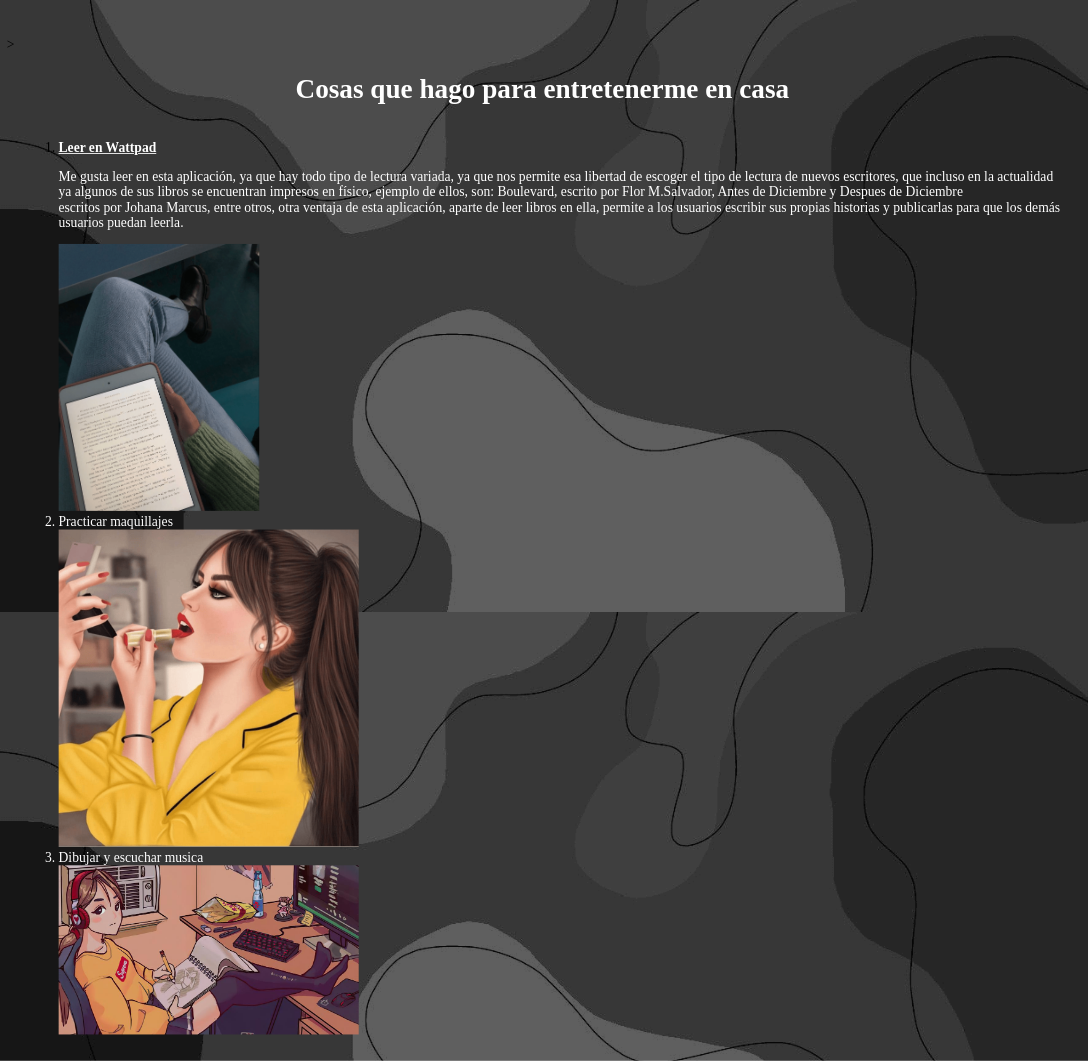
Repository: darlyn-saravia27/portafolio-darlynsaravia
Page: archivoshtml/entretenimiento.html
These files come from the project's save history. The page is drawn as it stood at one moment and after the next save; the edit follows.
The browser window is 1280 px wide. The pictures show the whole page, at 85% of full size.

Above is the page before, as saved 2023-03-05 04:01:59.

After the next save:
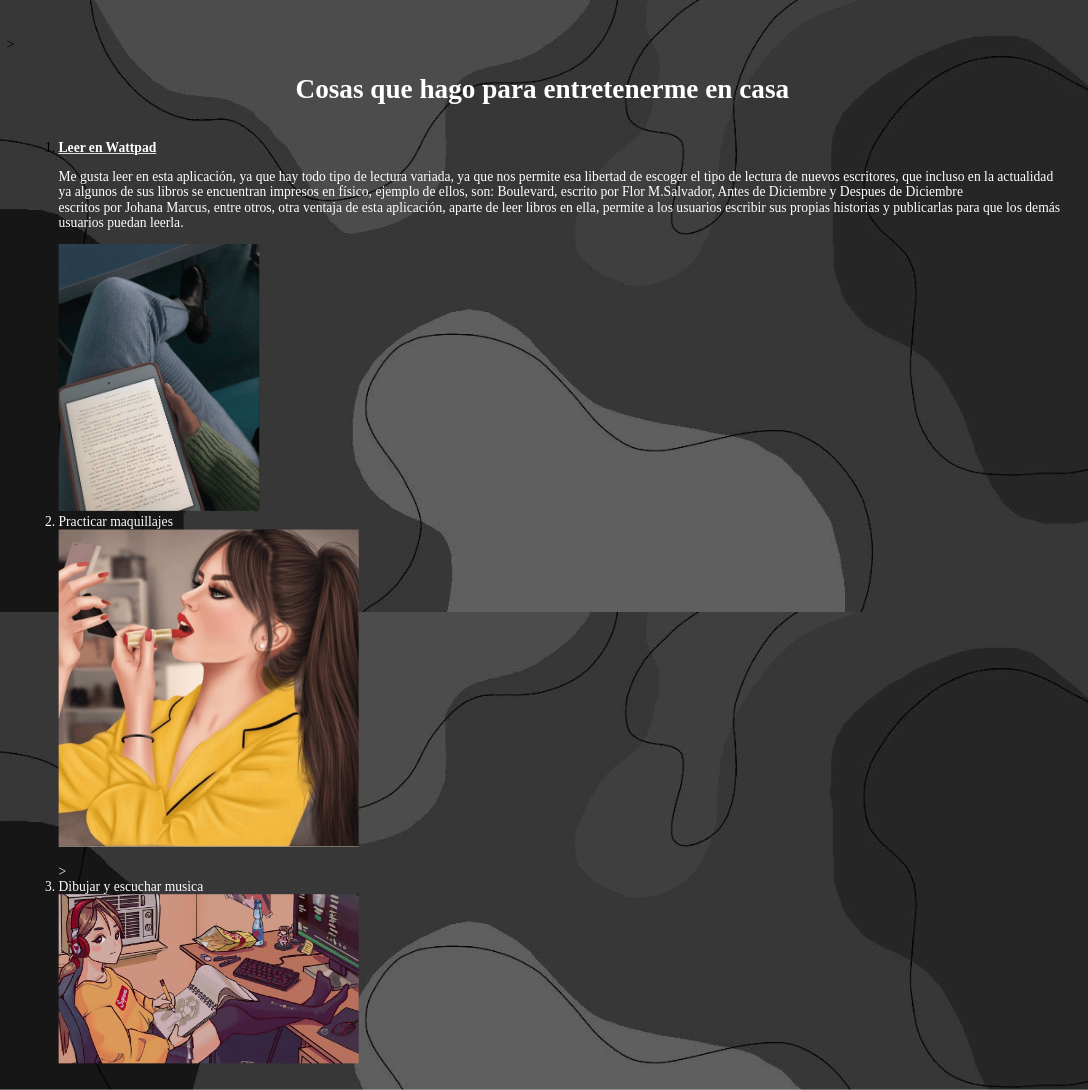
Saved 36 s later.
--- a/archivoshtml/entretenimiento.html
+++ b/archivoshtml/entretenimiento.html
@@ -26,6 +26,7 @@
                     <img src="Book.png" width="20%" height="20%">
                 <li type="1">Practicar maquillajes</li>
                     <img src="art.png" width="30%" height="30%">
+                    <p></p>>
                 <li type="1">Dibujar y escuchar musica</li>
                     <img src="dibujo.png" width="30%" height="30%">
                 </ol>
